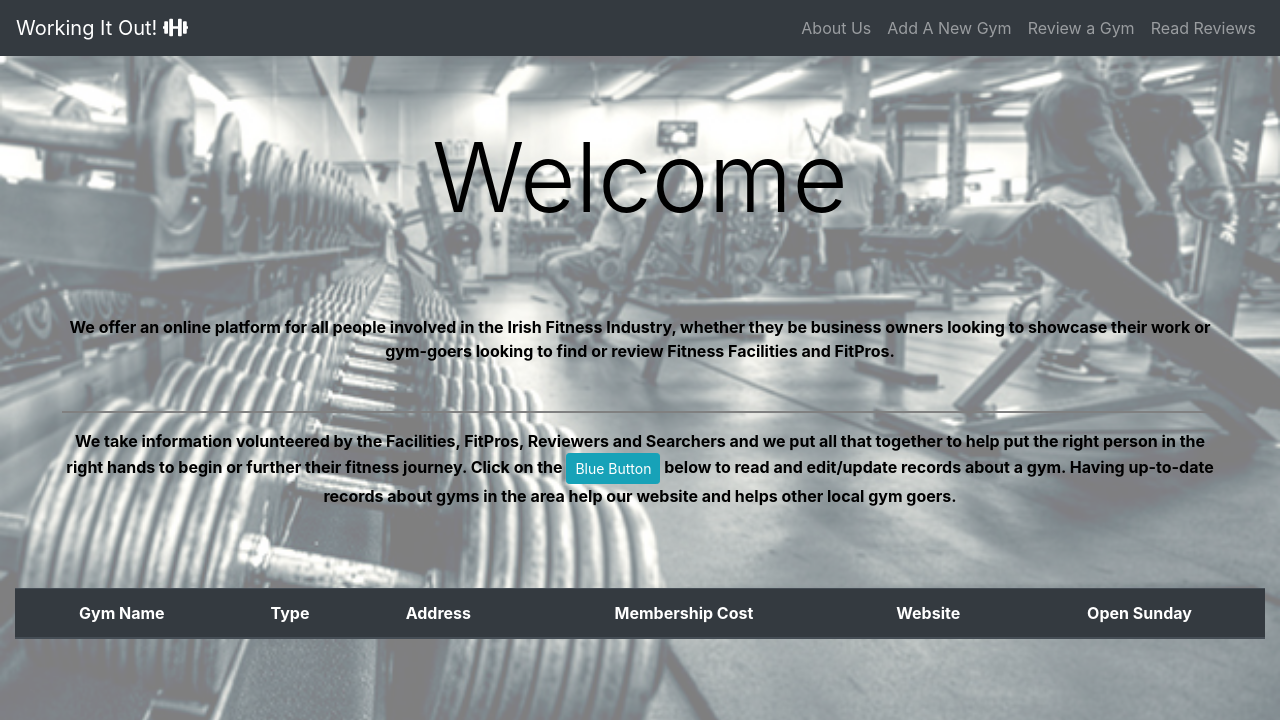
Repository: cgaynor91/Working_It_Out
Page: http://localhost/
The author's editor kept a record of every edit. The page is drawn from the files as they stood at one moment, then again after the next edit.
The browser window is 1280 px wide. The pictures show the whole page.
Some web libraries are served in a nearby version. The page is served by the project's application, run on Flask 3 (app.py). Queries for data that is not in the repository find no rows.

Above is the page before.

After the next edit:
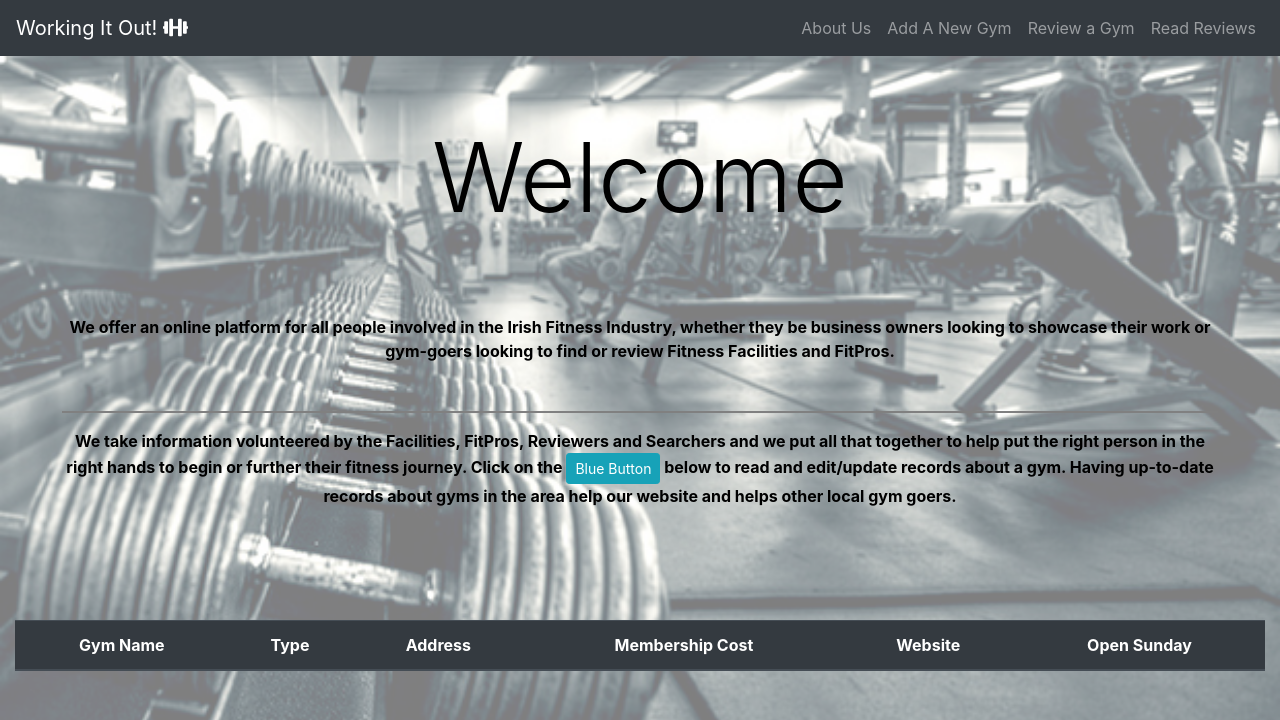
The edit:
--- a/templates/home.html
+++ b/templates/home.html
@@ -7,7 +7,7 @@
     <h1 class="display-3">Welcome</h1>
     <p class="welcome-para"></b>We offer an online platform for all people involved in the Irish Fitness Industry, whether they be business owners looking to showcase their work or gym-goers looking to find or review Fitness Facilities and FitPros.</p>
     <hr>
-    <p>We take information volunteered by the Facilities, FitPros, Reviewers and Searchers and we put all that together to help put the right person in the right hands to begin or further their fitness journey. Click on the <button type="button" class="btn btn-info btn-sm">Blue Button</button>     below to read and edit/update records about a gym. Having up-to-date records about gyms in the area help our website and helps other local gym goers.</p>
+    <p class="welcome-para">We take information volunteered by the Facilities, FitPros, Reviewers and Searchers and we put all that together to help put the right person in the right hands to begin or further their fitness journey. Click on the <button type="button" class="btn btn-info btn-sm">Blue Button</button>     below to read and edit/update records about a gym. Having up-to-date records about gyms in the area help our website and helps other local gym goers.</p>
    </div>
   </div>
  </div>
